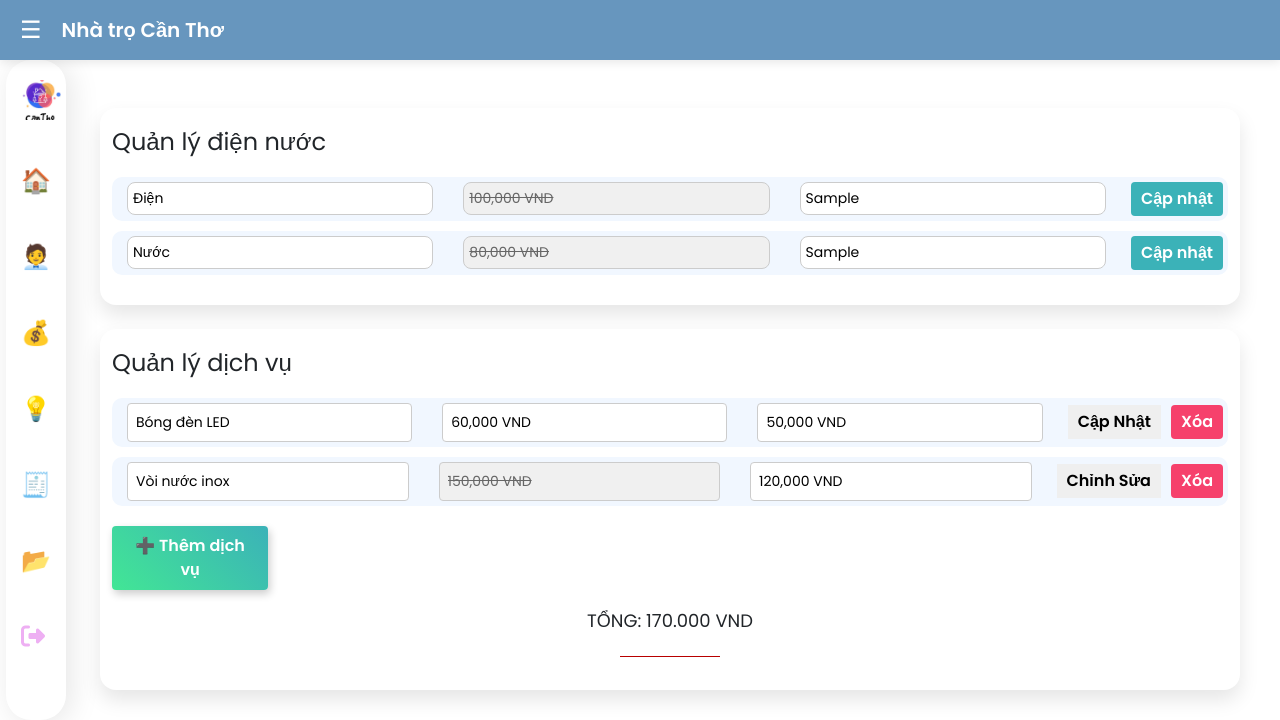
Repository: nhutty0402/DoAn02
Page: HTML/dichvu.html
The author's editor kept a copy of each file at every save. The page is drawn from the files as they stood at one save, then again after the next save.
The browser window is 1280 px wide. The pictures show the whole page.
Empty fields were first filled with sample values (such as "Sample", 5 or name@example.com).
After loading, the first visible `button.edit-btn` was clicked once.

Above is the page before, as saved 2025-03-21 00:25:46.

After the next save:
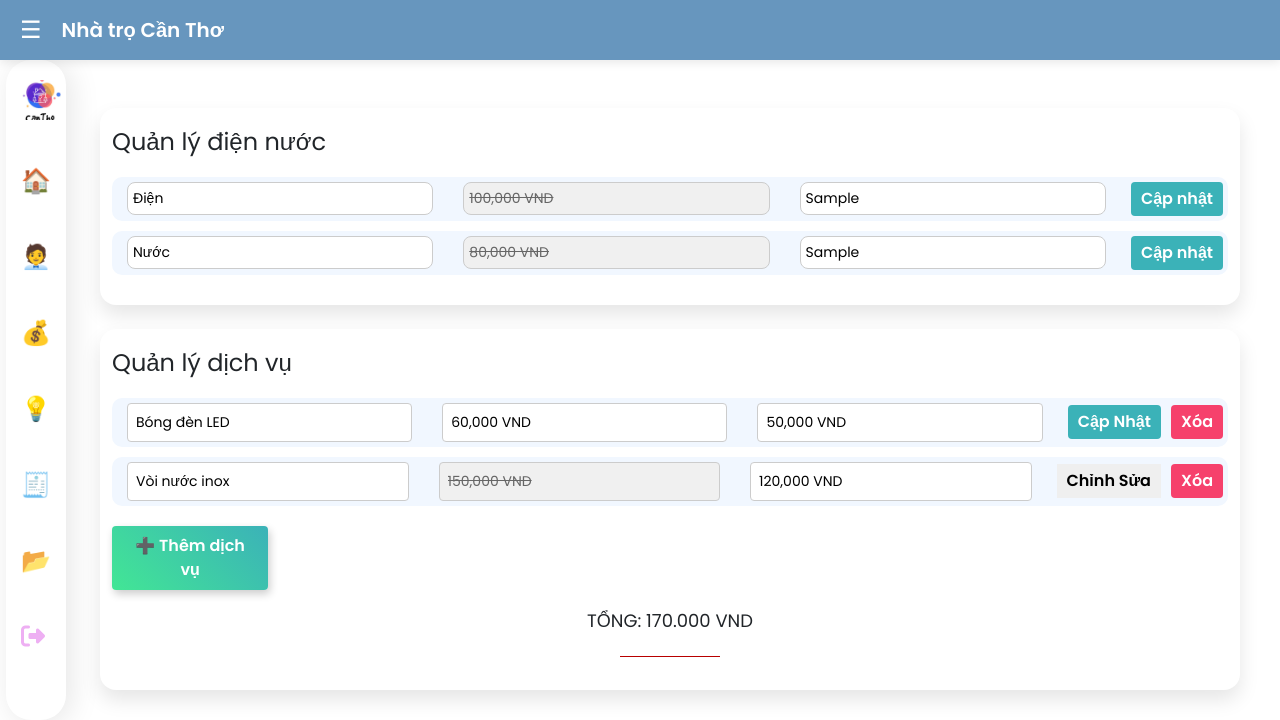
Saved 17 s later.
--- a/HTML/dichvu.html
+++ b/HTML/dichvu.html
@@ -196,69 +196,74 @@
         }
     </script>
     <!--Tính tổng-->
-    <script>
-        // Hàm tính tổng giá mới và hiển thị
-        function calculateTotal() {
-            const newPriceInputs = document.querySelectorAll('.new-price');
-            let total = 0;
-
-            newPriceInputs.forEach(input => {
-                // Lấy giá trị từ input, loại bỏ " VND" và dấu phẩy
-                const priceText = input.value.replace(' VND', '').replace(/,/g, '');
-                const price = parseFloat(priceText) || 0; // Chuyển thành số, nếu không hợp lệ thì trả về 0
-                total += price;
-            });
-
-            // Định dạng tổng với dấu phẩy và thêm " VND"
-            const formattedTotal = total.toLocaleString('vi-VN') + ' VND';
-            document.getElementById('total-price').textContent = formattedTotal;
-        }
-
-        // Hàm thêm dịch vụ mới
-        function addService() {
-            const serviceList = document.getElementById('service-list');
-            const newService = document.createElement('div');
-            newService.className = 'service';
-            newService.innerHTML = `
-                <input type="text" placeholder="Tên sản phẩm" class="product-name">
-                <input type="text" placeholder="Giá cũ (VNĐ)" class="old-price">
-                <input type="text" placeholder="Nhập giá mới (VNĐ)" class="new-price" oninput="calculateTotal()">
-                <div class="btn-group">
-                    <button class="update-btn" onclick="updateService(this)">Chỉnh sửa</button>
-                    <button class="delete-btn" onclick="deleteService(this)">Xóa</button>
-                </div>
-            `;
-            serviceList.appendChild(newService);
-            calculateTotal(); // Cập nhật tổng sau khi thêm
-        }
-
-        // Hàm chỉnh sửa dịch vụ (giữ đơn giản, chỉ cho phép chỉnh sửa và lưu)
-        function updateService(button) {
-            const service = button.closest('.service');
-            const inputs = service.querySelectorAll('input');
-            const isReadOnly = inputs[0].hasAttribute('readonly');
-
-            if (isReadOnly) {
-                // Chuyển sang chế độ chỉnh sửa
-                inputs.forEach(input => input.removeAttribute('readonly'));
-                button.textContent = 'Cập Nhật';
-            } else {
-                // Chuyển về chế độ readonly
-                inputs.forEach(input => input.setAttribute('readonly', true));
-                button.textContent = 'Chỉnh sửa';
-                calculateTotal(); // Cập nhật tổng sau khi lưu
-            }
-        }
-
-        // Hàm xóa dịch vụ
-        function deleteService(button) {
-            const service = button.closest('.service');
-            service.remove();
-            calculateTotal(); // Cập nhật tổng sau khi xóa
-        }
-
-        // Tính tổng khi trang được tải
-        window.onload = calculateTotal;
-    </script>
+  <!-- JavaScript -->
+  <script>
+    // Hàm tính tổng giá mới và hiển thị
+    function calculateTotal() {
+        const newPriceInputs = document.querySelectorAll('.new-price');
+        let total = 0;
+
+        newPriceInputs.forEach(input => {
+            // Lấy giá trị từ input, loại bỏ " VND" và dấu phẩy
+            const priceText = input.value.replace(' VND', '').replace(/,/g, '');
+            const price = parseFloat(priceText) || 0; // Chuyển thành số, nếu không hợp lệ thì trả về 0
+            total += price;
+        });
+
+        // Định dạng tổng với dấu phẩy và thêm " VND"
+        const formattedTotal = total.toLocaleString('vi-VN') + ' VND';
+        document.getElementById('total-price').textContent = formattedTotal;
+    }
+
+    // Hàm thêm dịch vụ mới
+    function addService() {
+        const serviceList = document.getElementById('service-list');
+        const newService = document.createElement('div');
+        newService.className = 'service';
+        newService.innerHTML = `
+            <input type="text" placeholder="Tên sản phẩm" class="product-name">
+            <input type="text" placeholder="Giá cũ (VNĐ)" class="old-price">
+            <input type="text" placeholder="Nhập giá mới (VNĐ)" class="new-price" oninput="calculateTotal()">
+            <div class="btn-group">
+                <button class="edit-btn" onclick="updateService(this)">Chỉnh Sửa</button>
+                <button class="delete-btn" onclick="deleteService(this)">Xóa</button>
+            </div>
+        `;
+        serviceList.appendChild(newService);
+        calculateTotal(); // Cập nhật tổng sau khi thêm
+    }
+
+    // Hàm chỉnh sửa dịch vụ
+    function updateService(button) {
+        const service = button.closest('.service');
+        const inputs = service.querySelectorAll('input');
+        const isReadOnly = inputs[0].hasAttribute('readonly');
+
+        if (isReadOnly) {
+            // Chuyển sang chế độ chỉnh sửa
+            inputs.forEach(input => input.removeAttribute('readonly'));
+            button.textContent = 'Cập Nhật';
+            button.classList.remove('edit-btn');
+            button.classList.add('update-btn'); // Chuyển sang màu xanh dương
+        } else {
+            // Chuyển về chế độ readonly
+            inputs.forEach(input => input.setAttribute('readonly', true));
+            button.textContent = 'Chỉnh Sửa';
+            button.classList.remove('update-btn');
+            button.classList.add('edit-btn'); // Chuyển về màu cam
+            calculateTotal(); // Cập nhật tổng sau khi lưu
+        }
+    }
+
+    // Hàm xóa dịch vụ
+    function deleteService(button) {
+        const service = button.closest('.service');
+        service.remove();
+        calculateTotal(); // Cập nhật tổng sau khi xóa
+    }
+
+    // Tính tổng khi trang được tải
+    window.onload = calculateTotal;
+</script>
 </body>
 </html>
